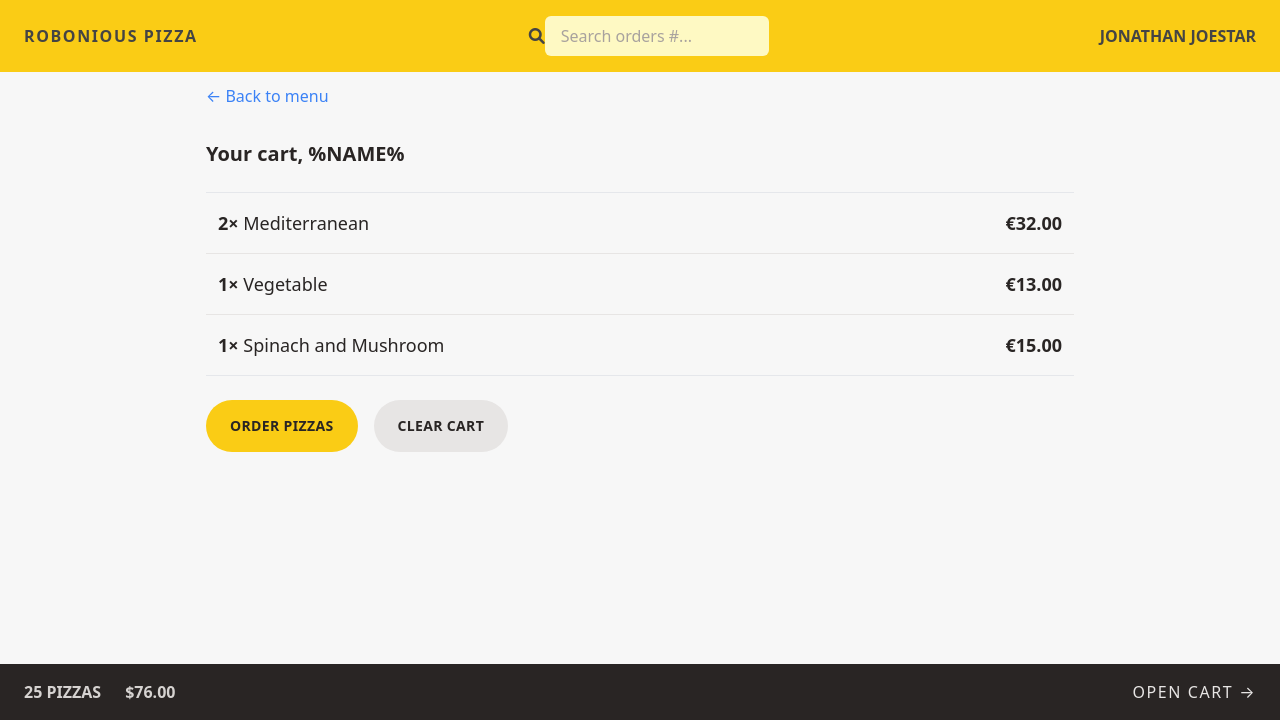
Repository: Alexro04/fast-food
Page: /cart (app in fast-food/)
An editor plug-in stored every save of this project. The page is shown before and after the next save, followed by the edit.
The browser window is 1280 px wide. The pictures show the whole page.
The project was rebuilt for these pictures with package versions that can differ from the ones it lists, and the page was loaded fresh each time. Also part of the build but not shown: fast-food/vite.config.js, fast-food/src/features/user/CreateUser.jsx, fast-food/src/ui/Home.jsx, fast-food/src/ui/Loading.jsx, fast-food/src/utils/apiRestaurant.js, fast-food/src/features/order/OrderItem.jsx, fast-food/src/features/order/Order.jsx, fast-food/src/features/menu/MenuItem.jsx and 3 more.

Above is the page before, as saved 2025-03-14 05:46:06.

After the next save:
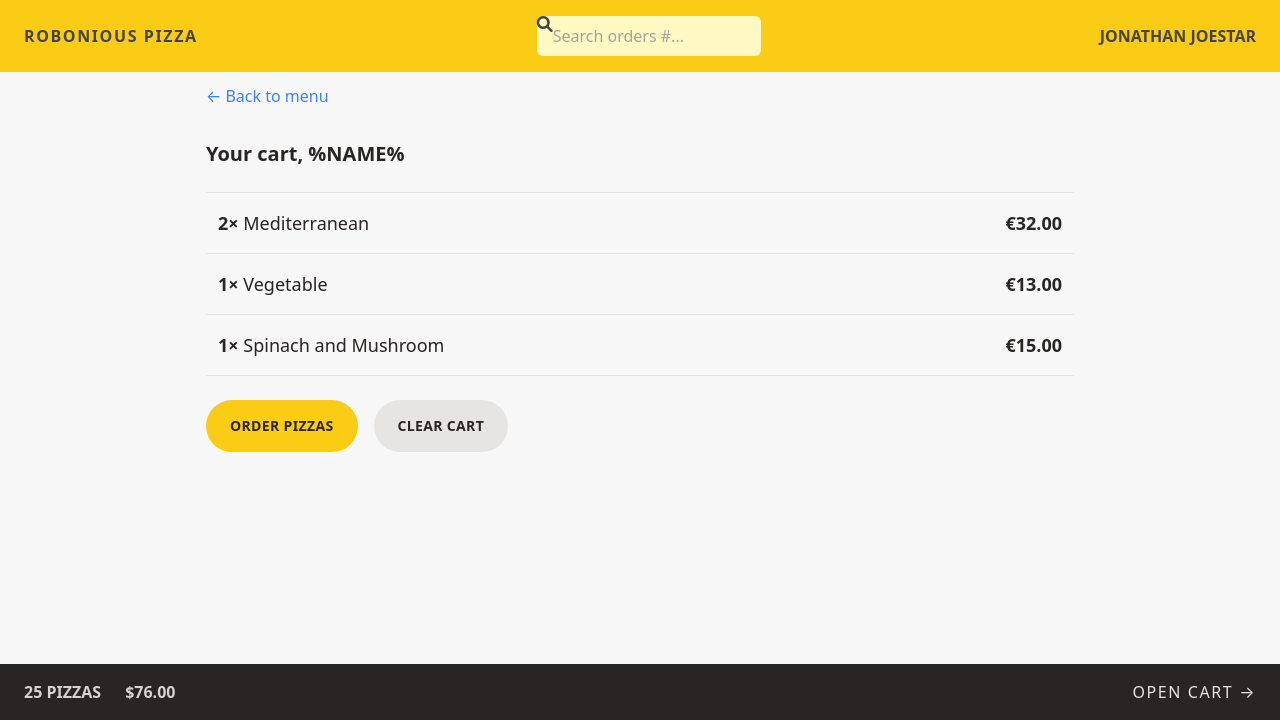
Saved 16 s later.
--- a/fast-food/src/ui/Search.jsx
+++ b/fast-food/src/ui/Search.jsx
@@ -14,7 +14,7 @@ function Search() {
 
   return (
     <form onSubmit={handleSubmit}>
-      <i class="fas fa-search"></i>
+      <i class="fas fa-search absolute"></i>
       <input
         type="text"
         value={query}
